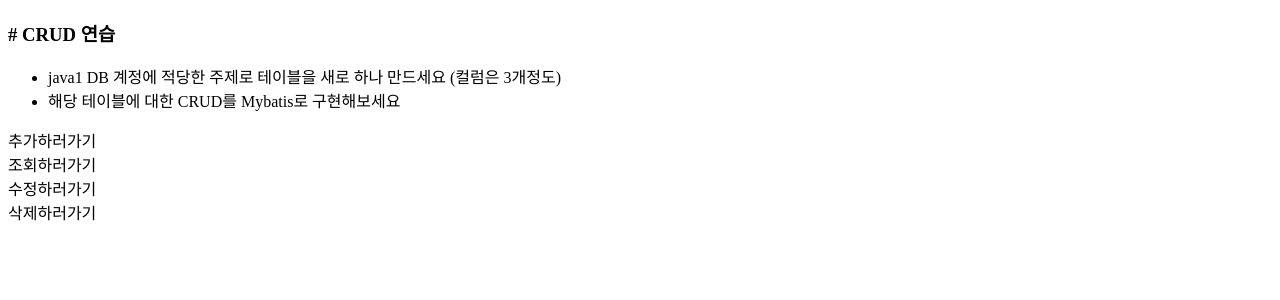
Repository: sirius455/spring-workspace
Page: http://localhost/Spring_DBConnection/WEB-INF/views/CRUD.jsp
These files come from the project's save history. The page is drawn as it stood at one moment and after the next save; the edit follows.
The browser window is 1280 px wide. The pictures show the whole page.
The page is served by Tomcat 9. Nobody is signed in. The template is opened directly, without the code that normally fills it, so the values that code supplies are empty.

Above is the page before, as saved 2021-08-02 03:33:12.

After the next save:
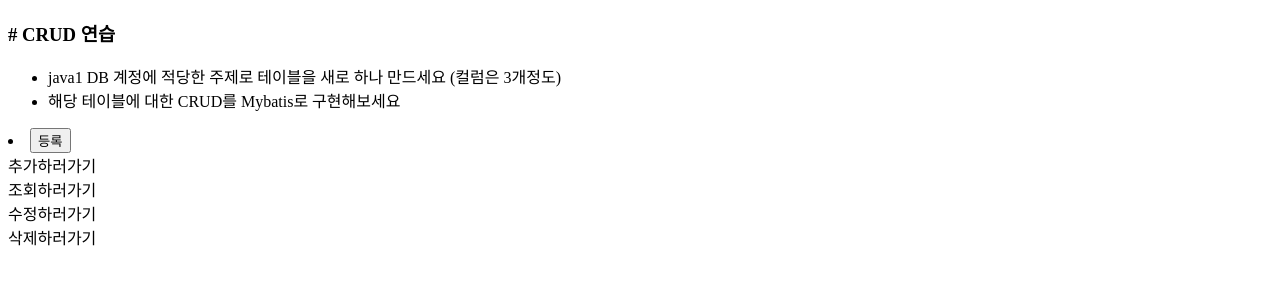
Saved 2 min 48 s later.
--- a/Spring_DBConnection/src/main/webapp/WEB-INF/views/CRUD.jsp
+++ b/Spring_DBConnection/src/main/webapp/WEB-INF/views/CRUD.jsp
@@ -14,6 +14,9 @@
 		<li>해당 테이블에 대한 CRUD를 Mybatis로 구현해보세요 </li>
 	</ul>
 
+<form id="user_info" action="data/user" method="POST"></form>
+
+		<li><input type="submit" value="등록" form="user_info"></li>
 
 
 추가하러가기 <br>
